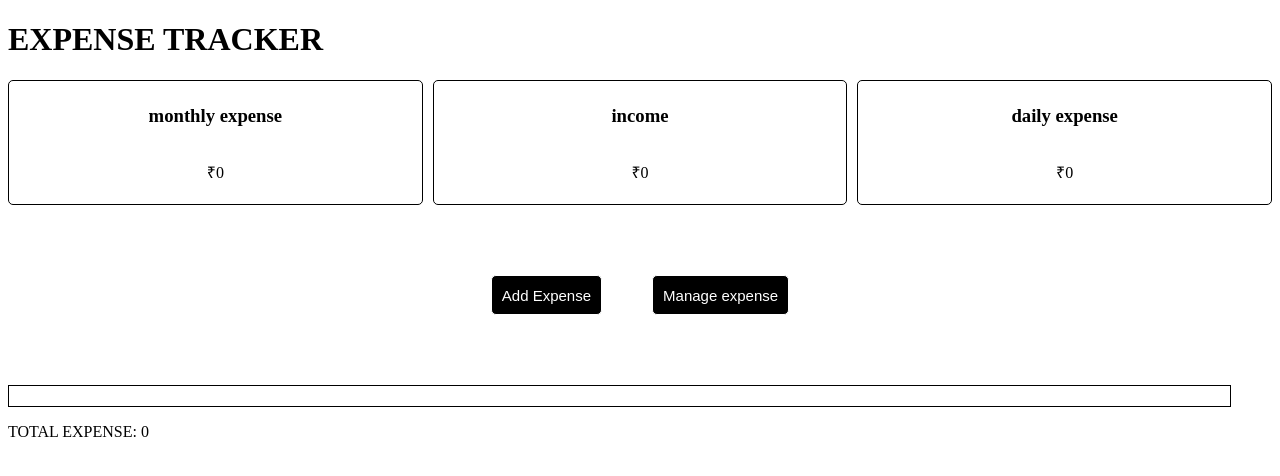
Repository: Gaurav124937/Expense-Tracker
Page: index.html
An editor plug-in stored every save of this project. The page is shown before and after the next save, followed by the edit.
The browser window is 1280 px wide. The pictures show the whole page.

Above is the page before, as saved 2026-09-10 20:55:07.

After the next save:
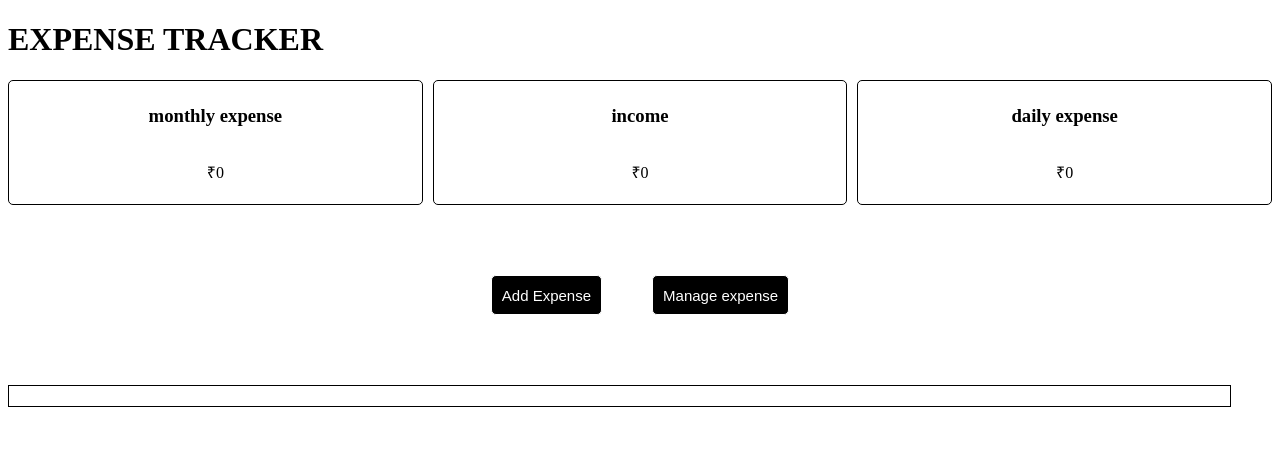
Console error: SyntaxError: Unexpected token ')'
Saved 91 s later.
--- a/script.js
+++ b/script.js
@@ -64,7 +64,7 @@
   storingData();
   expenseForm.reset();
 
-  renderExpense(expense);
+  renderExpense);
 
 
 

After the save that followed:
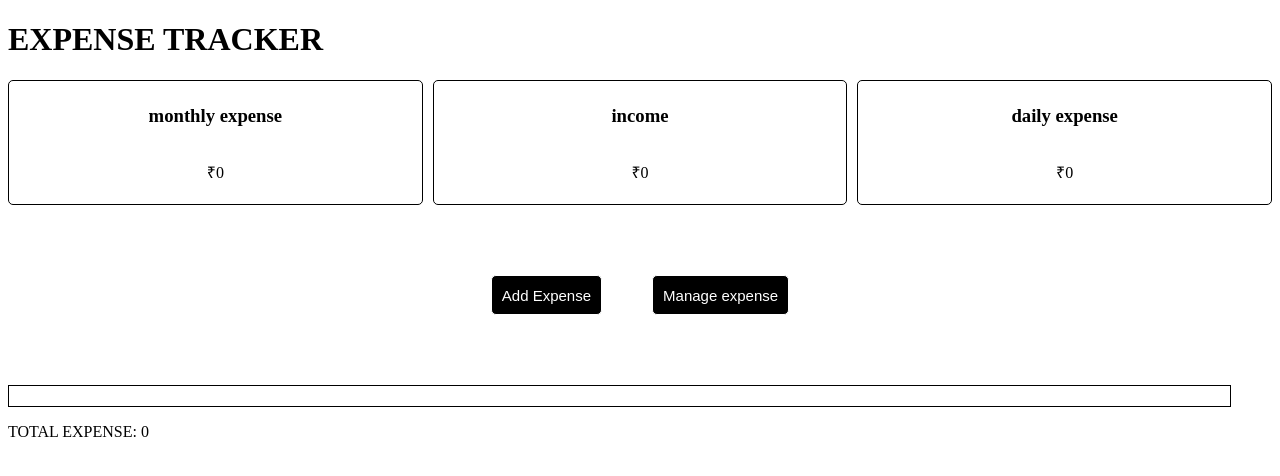
The error is gone.
Saved 4 s later.
--- a/script.js
+++ b/script.js
@@ -64,7 +64,7 @@
   storingData();
   expenseForm.reset();
 
-  renderExpense);
+  renderExpense();
 
 
 
